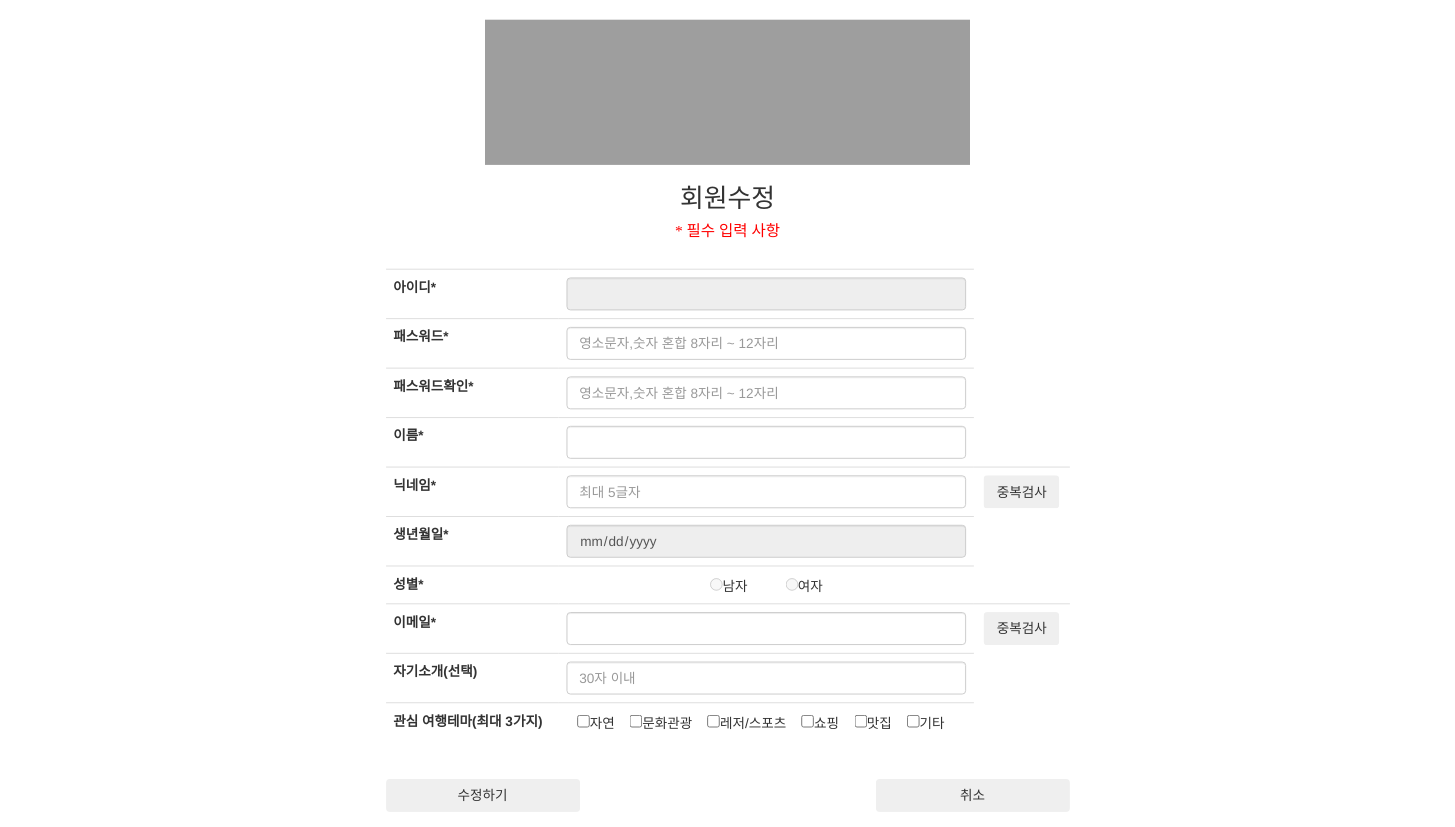
Repository: yhj4130/FinalProject
Page: http://localhost/TogatherProject/WEB-INF/views/login/JoinEdit.jsp
An editor plug-in stored every save of this project. The page is shown before and after the next save, followed by the edit.
The browser window is 1280 px wide. The page is 1500 px wide, so the pictures cover 1500 px, including what lies to the right of the window. The pictures show the whole page, at 97% of full size.
Pictures or frames that could not be fetched are drawn as grey boxes. The page is served by Tomcat 9. Nobody is signed in. The template is opened directly, without the code that normally fills it, so the values that code supplies are empty.

Above is the page before, as saved 2019-07-12 13:45:05.
Console error: SyntaxError: Unexpected token ';'

### TogatherProject/src/main/webapp/WEB-INF/views/login/JoinEdit.jsp
<%@ page contentType="text/html; charset=UTF-8"%>
<%@ taglib prefix="c" uri="http://java.sun.com/jsp/jstl/core"%>

<%
	request.setCharacterEncoding("UTF-8");
	String cp = request.getContextPath();
%>
<!DOCTYPE html>
<html>
<head>
<meta charset="UTF-8">
<title>To_gather</title>
<script src="http://code.jquery.com/jquery-latest.min.js"></script>
<link rel="stylesheet" href="https://maxcdn.bootstrapcdn.com/bootstrap/3.3.2/css/bootstrap.min.css">
<link rel="stylesheet" href="https://maxcdn.bootstrapcdn.com/bootstrap/3.3.2/css/bootstrap-theme.min.css">
<script src="https://maxcdn.bootstrapcdn.com/bootstrap/3.3.2/js/bootstrap.min.js"></script>

<script type="text/javascript">

	function themaCodeArr() {
		var themaCode = [];
		$("input[name='themaCode']:checked").each(function(i){
			themaCode.push($(this).val());
		})
	}

</script>

</head>
<body>
	<div class="container" style="width: 1500px;">
		<div class="row">
			<div class="col-sm-12 text-center">
				<div class="col-sm-3"></div>

				<div class="col-sm-6">
					<h2><a href="beforemain.do"><img src="<%=cp %>/resources/images/To_gather.png" style="width: 500px;" height="150px;"></a></h2>
					<h3><span style="font-family: 맑은 고딕; font-size: 20pt;">회원수정</span></h3>
					<h5><span style="font-family: 맑은 고딕; font-size: 12pt; color: red;">* 필수 입력 사항</span></h5>
					<br>
					<form action="joineditsuccess.do"  method="post" id="form" >
						<table class="table table-boardered">
							<tr>
								<th>아이디*</th>
								<td>
									<input type="text" class="form-control" id="userId" name="userId" value="${userInfo.userId }" readonly="readonly">
								</td>
							</tr>
							<tr>
								<th>패스워드*</th>
								<td><input type="password" class="form-control" id="userPw" name="userPw"
									placeholder="영소문자,숫자 혼합 8자리 ~ 12자리"></td>
							</tr>

							<tr>
								<th>패스워드확인*</th>
								<td><input type="password" class="form-control" id="pw2" name="pw2"
									placeholder="영소문자,숫자 혼합 8자리 ~ 12자리"></td>
							</tr>

							<tr>
								<th>이름*</th>
								<td><input type="text" class="form-control" name="name" id="name"></td>
							</tr>

							<tr>
								<th>닉네임*</th>
								<td><input type="text" class="form-control" id="nickName" name="nickName"
									placeholder="최대 5글자" onkeydown="inputNickNameChk()">
								</td>
								<td>
									<button type="button" class="btn" id="nicknameCheckBtn">중복검사</button>
									<input type="hidden" id="nicknameCheck" value="nicknameUncheck">
								</td>
							</tr>

							<tr>
								<th>생년월일*</th>
								<td><input type="date" class="form-control" id="birth" name="birth" value="${userInfo.birth }" readonly="readonly"></td>

							</tr>

							<tr>
								<th>성별*</th>
								<td>
									<input type="radio" name="genderCode" value="1" disabled="disabled">남자
									&nbsp;&nbsp;&nbsp;&nbsp;&nbsp;&nbsp;&nbsp;&nbsp;
									<input type="radio" name="genderCode" value="2" disabled="disabled">여자</td>
							</tr>

							<tr>
								<th>이메일*</th>
								<td>
									<input type="email" class="form-control" id="email" name="email" onkeydown="inputEmailChk()">
								</td>
								<td>
									<button type="button" class="btn" id="emailCheckBtn">중복검사</button>
									<input type="hidden" id="emailCheck" value="emailUncheck">
								</td>
							</tr>

							<tr>
								<th>자기소개(선택)</th>
								<td><input type="text" class="form-control" id="intro" name="intro"
									placeholder="30자 이내"></td>
							</tr>


							<tr>
								<th>관심 여행테마(최대 3가지)</th>
								<td><input type="checkbox" name="themaCode" value="1" onclick="javascript:chk(this)">자연
									&nbsp;&nbsp; <input type="checkbox" name="themaCode" value="2" onclick="javascript:chk(this)">문화관광
									&nbsp;&nbsp; <input type="checkbox" name="themaCode" value="3" onclick="javascript:chk(this)">레저/스포츠
									&nbsp;&nbsp; <input type="checkbox" name="themaCode" value="4" onclick="javascript:chk(this)">쇼핑
									&nbsp;&nbsp; <input type="checkbox" name="themaCode" value="5" onclick="javascript:chk(this)">맛집
									&nbsp;&nbsp; <input type="checkbox" name="themaCode" value="6" onclick="javascript:chk(this)">기타
									&nbsp;&nbsp;</td>
							</tr>

						</table>
						<br>
						<div style="margin-bottom: 50px; text-align: center;">
							<button type="submit" class="btn" style="width: 200px; float: left;">수정하기</button>
        					<button type="button" class="btn" style="width: 200px; float: right;" onclick="history.go(-1); return false;">취소</button>
						</div>

					</form>
				</div>

			</div>
		</div>
	</div>
<script type="text/javascript">

	document.getElementById("name").value = "${userInfo.name}";
	document.getElementById("nickName").value = "${userInfo.nickName}";
	document.getElementById("email").value = "${userInfo.email}";
	document.getElementById("intro").value = "${userInfo.intro}";

	$("input:radio[name='genderCode']:radio[value='${userInfo.genderCode}']").prop('checked', true);

	var userThema = ${userThema};

	for (var i = 0; i < userThema.length; i++) {
		$("input:checkbox[name='themaCode']:checkbox[value='"+userThema[i]+"']").prop('checked', true);
	}

	$(document).ready(function()
	{
		var id = /^[A-Za-z0-9+]{8,12}$/;

		var pw = /^[A-Za-z0-9+]{8,12}$/;

		$("#join").click(function()
		{
			// 다시 중복체크
			function inputNickNameChk() {
				document.getElementById("nicknameCheck").value = "nicknameUnCheck";
			}
			function inputEmailChk() {
				document.getElementById("emailCheck").value = "emailUnCheck";
			}

			if($("#userPw").val()=="" || $("#pw2").val()=="" || $("#name").val()=="" || $("#nickName").val()==""
					|| $("#birth").val()==""  || $("#email").val()=="")
			{
				alert("필수 항목이 누락되었습니다.");
				return false;
			}

			if (!pw.test(document.getElementById("userPw").value))
			{
				alert("패스워드가 조건에 맞지 않습니다");
				$("#userPw").focus();
				return false;
			}

			if(document.getElementById("userPw").value != document.getElementById("pw2").value)
			{
				alert("패스워드와 패스워드확인이 일치하지 않습니다. ");
				$("#pw2").focus();
				return false;
			}

	        if($("#nickName").val().length > 5)
	        {
	        	alert("닉네임은 최대 5글자 입니다.");
	        	$("#nickName").focus();
	            return false;
	        }

	        if($("#intro").val().length > 30)
	        {
	        	alert("30자 이내로 작성해주세요.");
	        	$("#intro").focus();
	            return false;
	        }


			if($("#nicknameCheck").val() !="nicknameCheck")
			{
				alert("닉네임을 중복체크 해주세요!");
				return false;
			}

			if($("#emailCheck").val()!="emailCheck")
			{
				alert("이메일을 중복체크 해주세요!");
				return false;
			}
		});

		$("#nicknameCheckBtn").click(function() {
			var nickName = $("#nickName").val();

			if(nickName == "")
			{
				alert("닉네임을 입력해주세요.");
				return false;
			}

			$.ajax({
				url : "<%=cp%>/nicknamecheckedit.do",
				type : "post",
				data : {'nickName':nickName},
				success: function(count) {

					if($("#nickName").val().length > 5)
			        {
			        	alert("닉네임은 최대 5글자 입니다.");
			        	$("#nickName").focus();
			            return false;
			        }

					// 중복안됨
					if(count == 0)
					{
						alert("사용가능한 닉네임입니다.");
						document.getElementById("nicknameCheck").value = "nicknameCheck";
					}
					else
					{
						alert("중복된 닉네임입니다.");
						return false;
					}
				}
			});
		});

		$("#emailCheckBtn").click(function() {
			var email = $("#email").val();

			if(email == "")
			{
				alert("이메일을 입력해주세요.");
				return false;
			}

			$.ajax({
				url : "<%=cp%>/emailcheckedit.do",
				type : "post",
				data : {'email':email},
				success: function(count) {

					// 중복안됨
					if(count == 0)
					{
						alert("사용가능한 이메일입니다.");
						document.getElementById("emailCheck").value = "emailCheck";

					}
					else
					{
						alert("중복된 이메일입니다.");
						return false;
					}
				}
			});
		});

	});


</script>

<script type="text/javascript">
function chk(obj){

	var chkbox = document.getElementsByName("themaCode");

	var chkCnt = 0;

	for(var i=0;i<chkbox.length; i++){

		if(chkbox[i].checked){

			chkCnt++;

		}
	}

	if(chkCnt>3){

		alert("관심테마는 최대 3개까지 선택가능합니다.");

		obj.checked = false;

		return false;
	}
}
</script>

</body>
</html>

After the next save:
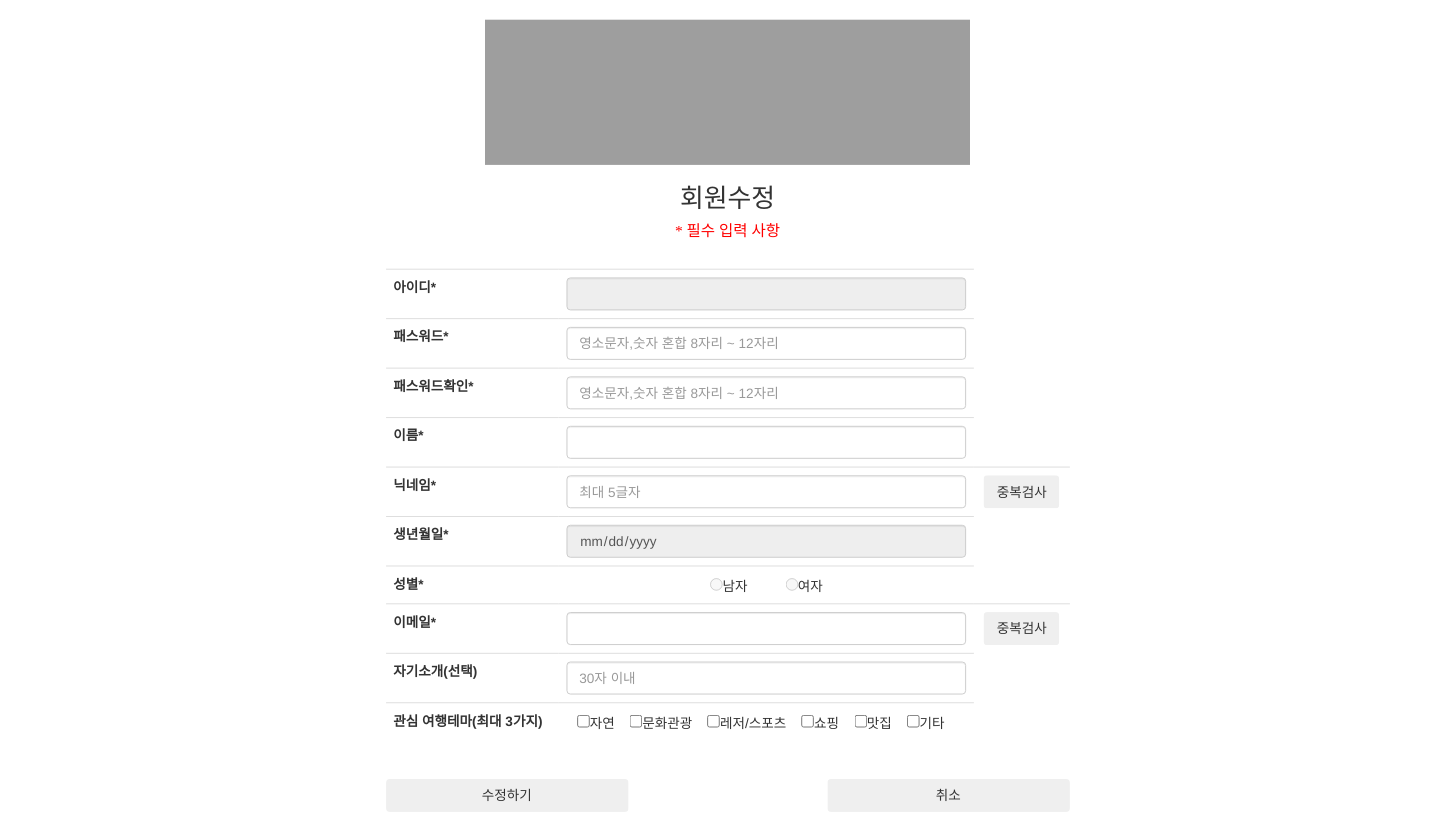
Saved 10 s later.
--- a/TogatherProject/src/main/webapp/WEB-INF/views/login/JoinEdit.jsp
+++ b/TogatherProject/src/main/webapp/WEB-INF/views/login/JoinEdit.jsp
@@ -120,8 +120,8 @@
 						</table>
 						<br>
 						<div style="margin-bottom: 50px; text-align: center;">
-							<button type="submit" class="btn" style="width: 200px; float: left;">수정하기</button>
-        					<button type="button" class="btn" style="width: 200px; float: right;" onclick="history.go(-1); return false;">취소</button>
+							<button type="submit" class="btn" style="width: 250px; float: left;">수정하기</button>
+        					<button type="button" class="btn" style="width: 250px; float: right;" onclick="history.go(-1); return false;">취소</button>
 						</div>
 
 					</form>
